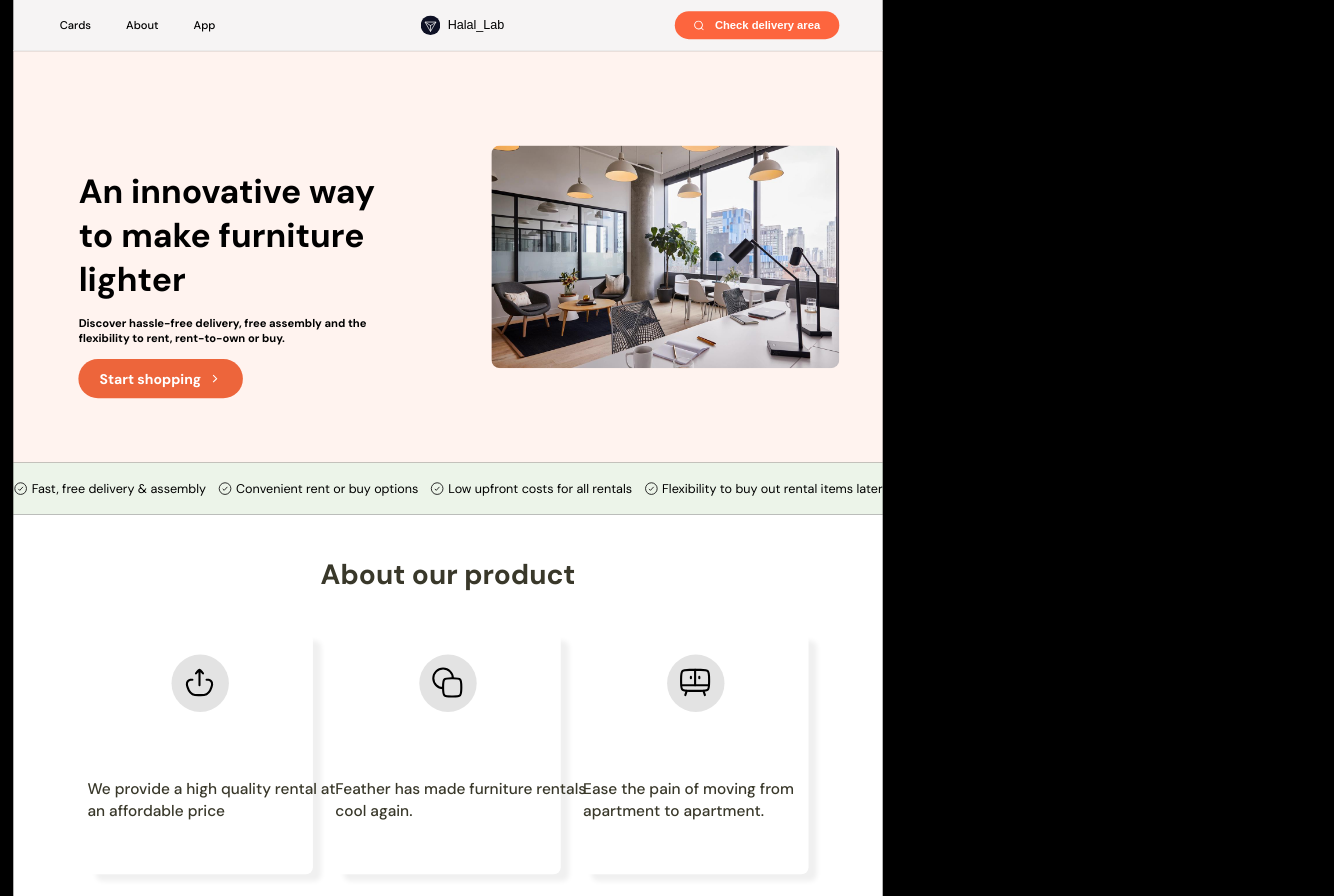
Repository: noman-source/Furniture-website
Page: index.html
An editor plug-in stored every save of this project. The page is shown before and after a run of saves, followed by the edit.
The browser window is 1280 px wide. The page is 1905 px wide, so the pictures cover 1905 px, including what lies to the right of the window. The pictures show the part of the page from y = 0 to 1280 px (the page is 4310 px tall), at 70% of full size.

Above is the page before, as saved 2025-07-04 12:54:48.

After the next 2 saves:
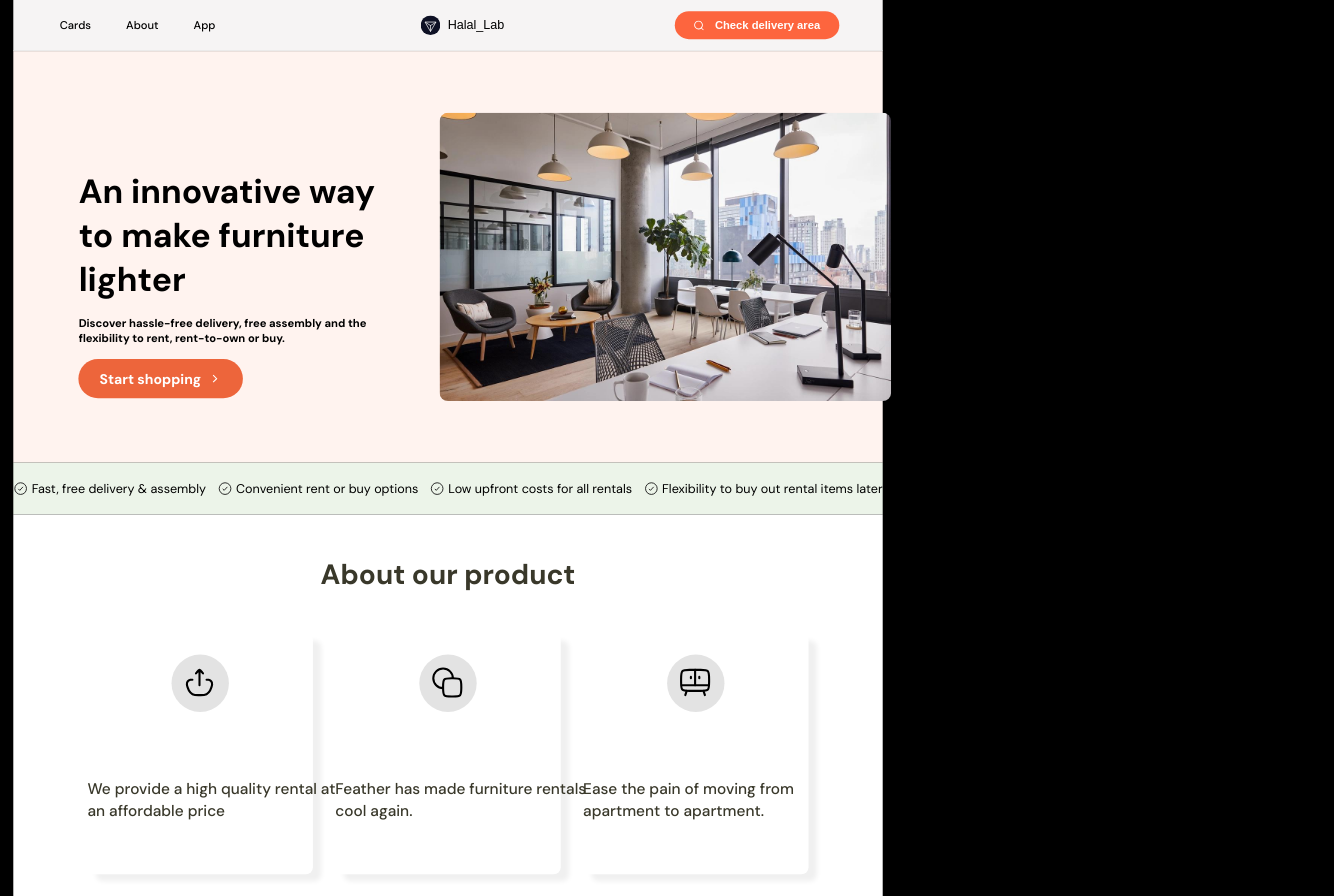
The 2 saves are shown as one change because they came seconds apart.
The last was saved 40 s later.
--- a/style.css
+++ b/style.css
@@ -140,7 +140,7 @@
 }
 
 main .section1 .section1-right img {
-    width: 80%;
+    width: 645px;
     border-radius: 12px;
 }
 
